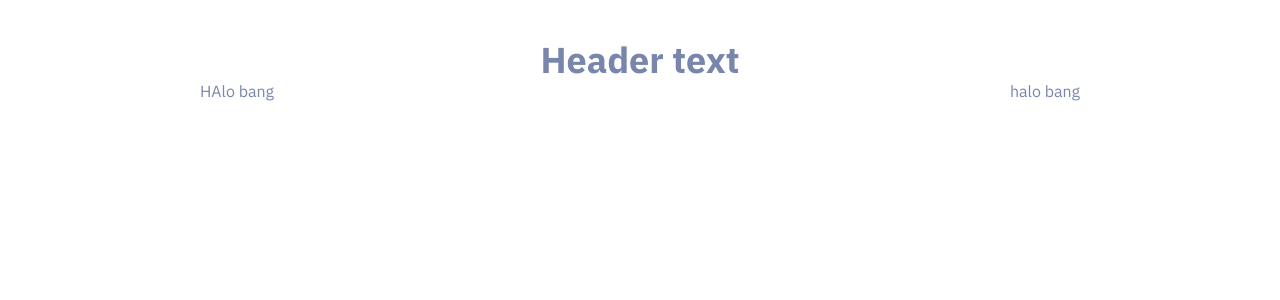
Repository: KilluaProject/image-ai
Page: /
An editor plug-in stored every save of this project. The page is shown before and after the next save, followed by the edit.
The browser window is 1280 px wide. The pictures show the whole page.
An inner scrolling area shows only its first screen. The project was rebuilt for these pictures with package versions that can differ from the ones it lists, and the page was loaded fresh each time. The framework's server and built-in components were replaced by stand-ins that run in the browser. Also part of the build but not shown: next.config.mjs.

Above is the page before, as saved 2024-06-20 15:30:26.

### app/layout.tsx
import type { Metadata } from "next";
import { IBM_Plex_Sans } from "next/font/google";
import "./globals.css";
import { cn } from "@/lib/utils";

const IBMPlex = IBM_Plex_Sans({
  subsets: ["latin"],
  weight:['400', '500', '600', '700'],
   variable:'--font-ibm-plex'
});

export const metadata: Metadata = {
  title: "image ai maker",
  description: "Make A Image just a one click",
};

export default function RootLayout({
  children,
}: Readonly<{
  children: React.ReactNode;
}>) {
  return (
    <html lang="en">
      <body className={cn('font-IBMPlex antialiased', IBMPlex.variable)}>
        {children}
      </body>
    </html>
  );
}

### app/(root)/layout.tsx
import React from 'react'

const Layout = ({children}: {children: React.ReactNode}) => {
  return (
    <main className='root'>
        <div className='root-container'>
            <div className='wrapper'>
                {children}
            </div>
        </div>

    </main>
  )
}

export default Layout

### app/(root)/page.tsx
import React from 'react'

const Home = () => {
  return (
    <div>
      <div className="container min-h-screen mx-auto">
        <div className="">
          <h1 className='text-4xl text-center font-bold '>Header text</h1>
        </div>
        <div className='flex justify-between mx-auto'>
          <div>
            <h1>HAlo bang</h1>
          </div>
          <div>
            <h1>halo bang</h1>
          </div>
        </div>
      </div>
    </div>
  )
}

export default Home

Loaded but not shown: app/globals.css (common file); lib/utils.ts (common file); tailwind.config.ts (common file)

After the next save:
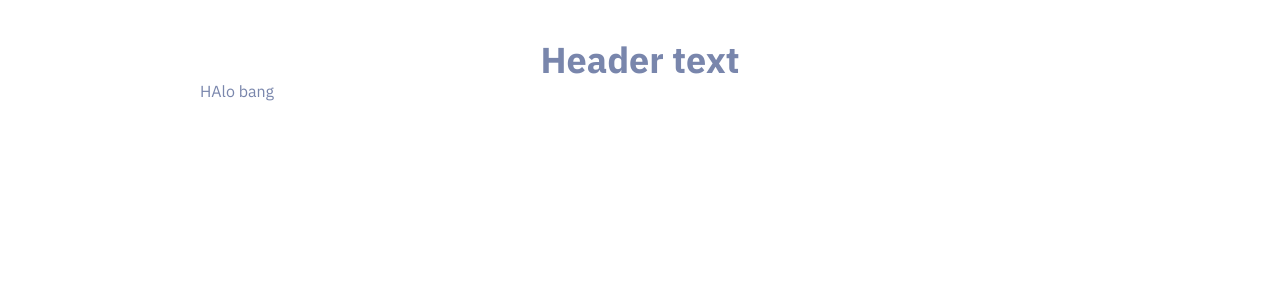
Saved 26 s later.
--- a/app/(root)/page.tsx
+++ b/app/(root)/page.tsx
@@ -1,3 +1,4 @@
+import Image from 'next/image'
 import React from 'react'
 
 const Home = () => {
@@ -12,7 +13,7 @@
             <h1>HAlo bang</h1>
           </div>
           <div>
-            <h1>halo bang</h1>
+            <Image/>
           </div>
         </div>
       </div>
